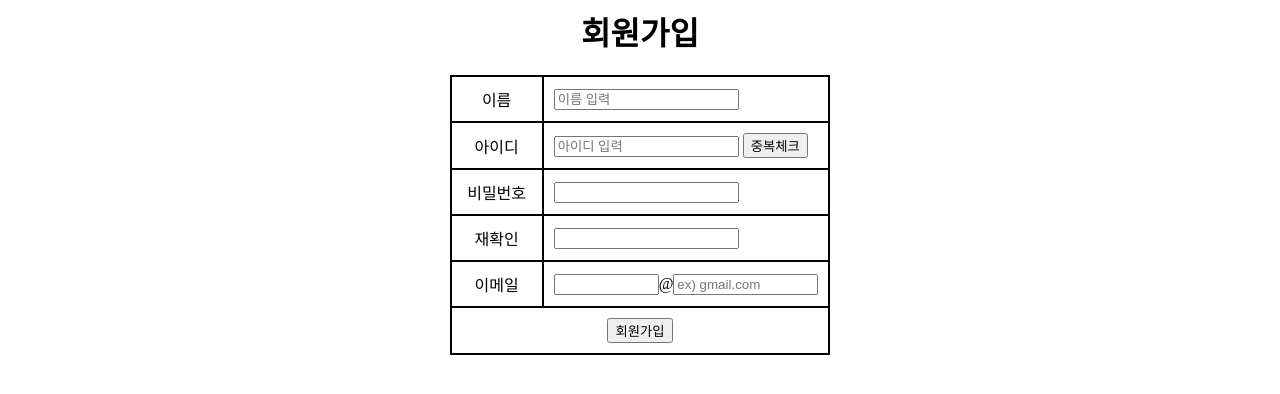
Repository: CHANGMAN-LEE/Java_ee
Page: http://localhost/test/template/write.jsp
The author's editor kept a copy of each file at every save. The page is drawn from the files as they stood at one save, then again after the next save.
The browser window is 1280 px wide. The pictures show the whole page.
The page is served by Tomcat 9.

Above is the page before, as saved 2020-07-09 07:23:59.

After the next save:
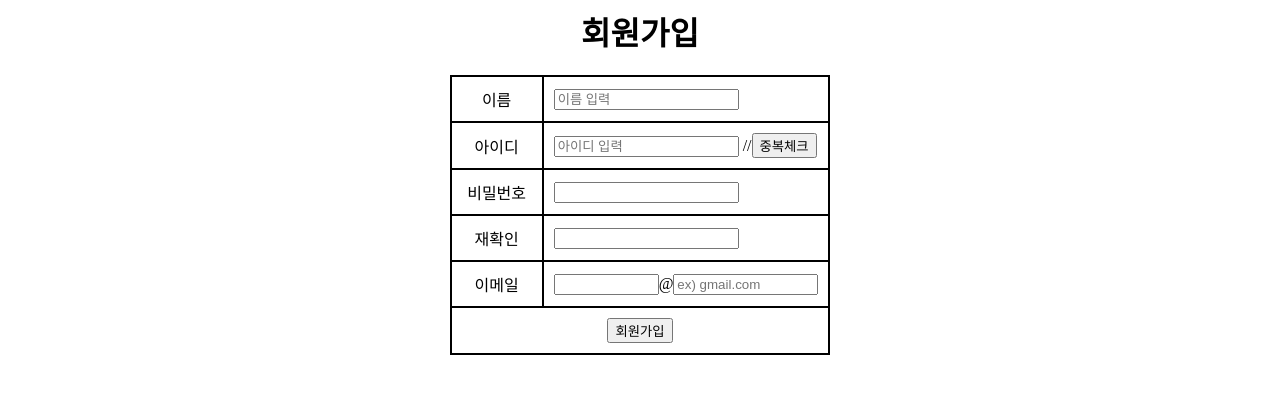
Saved 109 s later.
--- a/workspace/test/WebContent/template/write.jsp
+++ b/workspace/test/WebContent/template/write.jsp
@@ -17,7 +17,7 @@
 			<td align="center">아이디</td>
 			<td>
 				<input type="text" name="id" id="id" placeholder="아이디 입력">
-				<input type="button" value="중복체크" id="checkId">
+				//<input type="button" value="중복체크" id="checkId">
 				<input type="hidden" name="check" value="" id="check">
 				<div id="idDiv"></div>
 			</td>
@@ -113,13 +113,7 @@
 			$('#repwdDiv').css('font-size', '8pt');
 			$('#repwdDiv').css('font-weight', 'bold');
 			$('#repwdDiv').focus();
-		} else if ($('#check').val() != $('#id').val()) {
-			$('#idDiv').text('아이디 중복체크를 해주세요.');
-			$('#idDiv').css('color', 'magenta');
-			$('#idDiv').css('font-size', '8pt');
-			$('#idDiv').css('font-weight', 'bold');
-			$('#idDiv').focus();
-		}else if ($('#name').val() != ""
+		} else if ($('#name').val() != ""
 				&& $('#id').val() != ""
 				&& $('#pwd').val() == $('#repwd').val()
 				&& $('#id').val() == d$('#check').val()) {
